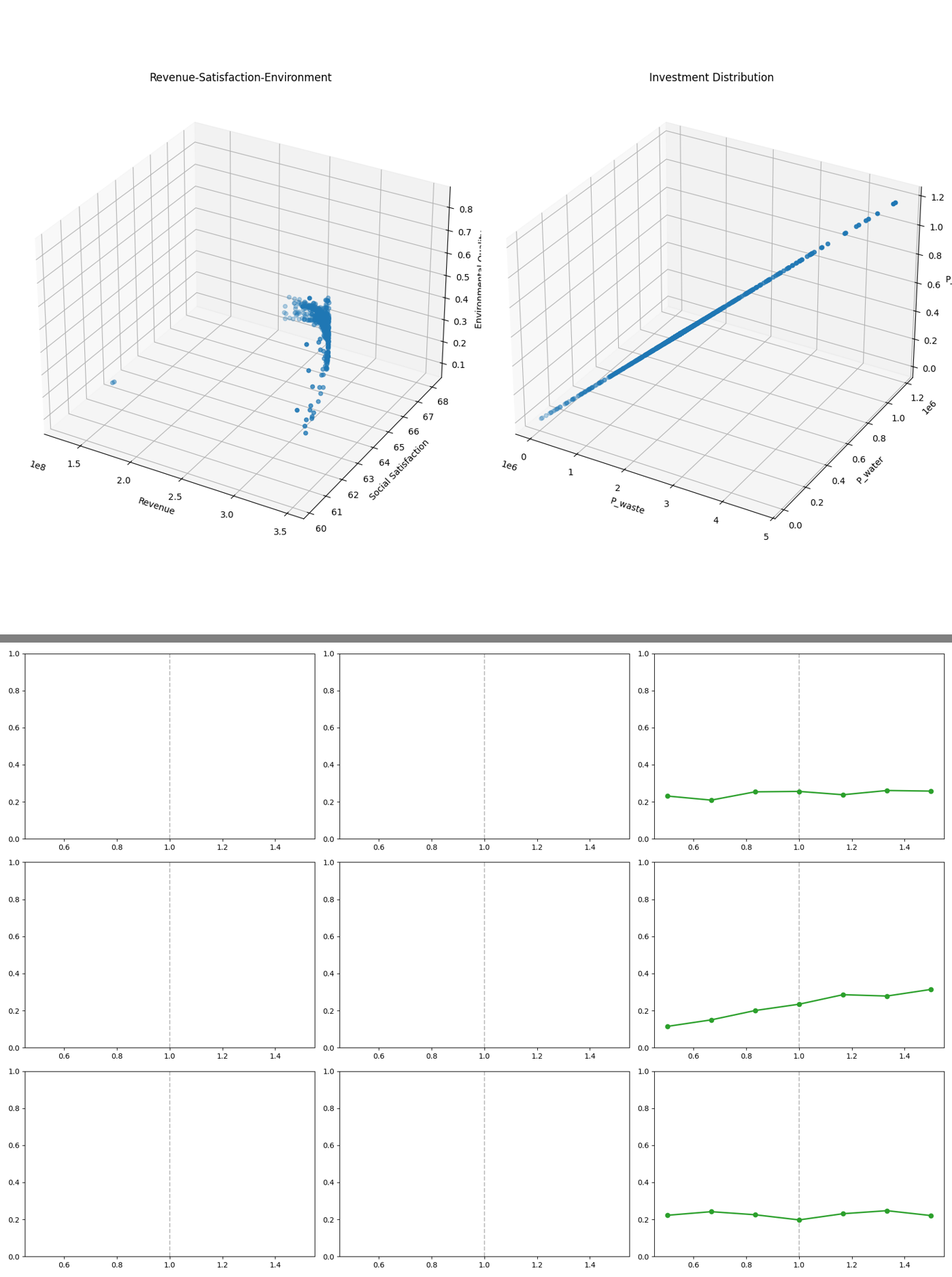
Repository: Kevinye0116/MCM
Script's output: python Coding/trial3s1.py
The author's editor kept a copy of each file at every save. The script's output is drawn from the files as they stood at one save, then again after the next save.
The pictures are shown at 68% of full size.
Each picture stacks the figures in order, with grey between them; figures that are only written to a file come last. Figures wider than 1,400 px are first shrunk to that width. Random numbers start from a fixed seed.

Above is the script's output before, as saved 2025-01-26 09:38:42.

### Coding/trial3s1.py
from typing import List, Tuple

import matplotlib.pyplot as plt
import numpy as np
from mpl_toolkits.mplot3d import Axes3D


class TourismOptimization:
    def __init__(self):
        # 模型系数
        self.k1 = 0.5  # 环保投资效率系数
        self.k2 = 0.3  # 碳排放影响系数
        self.k3 = 0.2  # 自然恢复系数
        self.k4 = 0.15  # 基础设施发展系数
        self.k5 = 0.20  # 废物处理投资系数
        self.k6 = 0.05  # 水资源投资系数
        self.k7 = 0.05  # 环保投资系数

        # 社会满意度参数
        self.a1 = -1.975284171471327e-11  # 游客数量对居民满意度的影响系数
        self.a2 = 4.772497706879391e-05  # 旅游税对游客满意度的影响系数
        self.a3 = 0.015  # 消费水平对游客满意度的影响系数
        self.b1 = 39.266042633247565  # 居民基础满意度
        self.b2 = 60  # 游客基础满意度

        # 约束条件上限
        self.Nt_max = 5000000  # 最大游客数量
        self.tau_max = 7  # 最大旅游税
        self.Pt = 190  # 固定游客消费为常数
        self.Pt_max = 190  # 更新最大游客消费为固定值
        self.CO2_max = 500000  # 最大碳排放量
        self.E = 0  # 最小环境质量指数

        # 其他参数
        self.CO2p = 0.184  # 人均碳排放量

        # 系统动态参数
        self.dt = 0.1  # 时间步长

        # 新增参数
        self.Cwater = 18900000  # 水资源容量
        self.Cwaste = 2549110  # 废物处理容量
        self.a4 = 0.01  # 游客数量对游客满意度的影响系数
        self.b3 = 10  # 废物处理基准增长率

        # 新增影响系数
        self.k8 = 0.1  # 环保投资对碳排放的影响系数
        self.k9 = 0.4  # 废物处理投资对废物处理容量的影响系数
        self.k10 = 0.1  # 水资源投资对水资源容量的影响系数

        # 初始容量
        self.CO2p_initial = 0.184  # 初始人均碳排放量
        self.Cwaste_initial = 2549110  # 初始废物处理容量
        self.Cwater_initial = 18900000  # 初始水资源容量

    def calculate_revenue(self, x: np.ndarray) -> float:
        """计算总收入"""
        Nt, tau_t = x
        return self.Pt * Nt  # 使用固定的Pt值

    def calculate_social_satisfaction(self, x: np.ndarray) -> float:
        """计算社会满意度，确保满意度在0-100范围内"""
        Nt, tau_t = x

        # 居民满意度包含二次项
        S_residents = self.a1 * Nt * Nt + self.a2 * Nt + self.b1
        # 限制居民满意度在0-100范围内
        S_residents = np.clip(S_residents, 0, 100)

        # 游客满意度
        # S_tourists = self.a3 * self.Pt + self.a4 * Nt + self.b2
        # 限制游客满意度在0-100范围内
        # S_tourists = np.clip(S_tourists, 0, 100)

        # 加权平均
        return S_residents

    def calculate_adjusted_capacities(
        self, x: np.ndarray
    ) -> Tuple[float, float, float]:
        """计算投资后的调整容量"""
        P_waste, P_water, P_e = self.calculate_investments(x)

        # 计算调整后的容量
        CO2p_adjusted = self.CO2p_initial - self.k8 * P_e
        Cwaste_adjusted = self.Cwaste_initial - self.k9 * P_waste
        Cwater_adjusted = self.Cwater_initial - self.k10 * P_water

        # 确保容量不会变为负值
        CO2p_adjusted = max(0, CO2p_adjusted)
        Cwaste_adjusted = max(0, Cwaste_adjusted)
        Cwater_adjusted = max(0, Cwater_adjusted)

        return CO2p_adjusted, Cwaste_adjusted, Cwater_adjusted

    def calculate_environmental_quality(self, x: np.ndarray) -> float:
        """计算环境质量指数"""
        Nt, tau_t = x
        CO2p_adj, Cwaste_adj, Cwater_adj = self.calculate_adjusted_capacities(x)

        return (
            self.k1 * CO2p_adj * Nt / self.CO2_max
            + self.k2 * Nt / Cwaste_adj
            + self.k3 * Nt / Cwater_adj
        )

    # def calculate_dCwaste_dt(self, x: np.ndarray) -> float:
    #     """计算废物处理容量的变化率 dCwaste/dt"""
    #     Nt, tau_t = x
    #     Pb = self.k5 * tau_t * Nt  # 基础设施投资
    #     return self.k4 * Pb + self.b3

    def calculate_investments(self, x: np.ndarray) -> Tuple[float, float, float]:
        """计算三种投资金额"""
        Nt, tau_t = x
        Re = self.calculate_revenue(x)  # 总收入
        P_waste = self.k5 * tau_t * Re / 100  # 废物处理投资
        P_water = self.k6 * tau_t * Re / 100  # 水资源投资
        P_e = self.k7 * tau_t * Re / 100  # 环保投资
        return P_waste, P_water, P_e

    def constraints(self, x: np.ndarray) -> List[float]:
        """检查所有约束条件"""
        Nt, tau_t = x
        CO2p_adj, Cwaste_adj, Cwater_adj = self.calculate_adjusted_capacities(x)

        constraints = [
            self.Nt_max - Nt,  # 游客数量上限约束
            self.tau_max - tau_t,  # 旅游税上限约束
            self.CO2_max - Nt * CO2p_adj,  # 使用调整后的碳排放约束
            self.a1 * Nt * Nt + self.a2 * Nt + self.b1 - 60,  # 居民满意度最低要求
            Nt,  # 游客数量非负
            tau_t,  # 旅游税非负
            0.4 - (self.k5 + self.k6 + self.k7),  # 投资系数和的约束
            Cwaste_adj,  # 确保废物处理容量为正
            Cwater_adj,  # 确保水资源容量为正
        ]
        return constraints

    def is_feasible(self, x: np.ndarray) -> bool:
        """检查解是否满足所有约束条件"""
        return all(c >= 0 for c in self.constraints(x))

    def dominates(
        self,
        obj1: Tuple[float, float, float, float, float, float],
        obj2: Tuple[float, float, float, float, float, float],
    ) -> bool:
        """检查obj1是否支配obj2"""
        return (
            all(o1 >= o2 for o1, o2 in zip(obj1[:3], obj2[:3]))
            and all(o1 <= o2 for o1, o2 in zip(obj1[3:], obj2[3:]))
            and (
                any(o1 > o2 for o1, o2 in zip(obj1[:3], obj2[:3]))
                or any(o1 < o2 for o1, o2 in zip(obj1[3:], obj2[3:]))
            )
        )

    def crossover_and_mutate(
        self, parent1: np.ndarray, parent2: np.ndarray
    ) -> np.ndarray:
        """进行交叉和变异操作"""
        # 算术交叉
        alpha = np.random.random()
        child = alpha * parent1 + (1 - alpha) * parent2

        # 变异
        mutation_rate = 0.1
        if np.random.random() < mutation_rate:
            mutation_strength = 0.1
            child += np.random.normal(0, mutation_strength, size=2)

        # 确保在约束范围内
        child[0] = np.clip(child[0], 0, self.Nt_max)
        child[1] = np.clip(child[1], 0, self.tau_max)

        return child

    def pareto_optimization(
        self, population_size: int = 100, generations: int = 50
    ) -> List[np.ndarray]:
        """执行帕累托优化"""
        # 初始化种群
        population = []
        while len(population) < population_size:
            x = np.array(
                [
                    np.random.uniform(0, self.Nt_max),
                    np.random.uniform(0, self.tau_max),
                ]
            )
            if self.is_feasible(x):
                population.append(x)

        pareto_front = []
        for generation in range(generations):
            # 评估当前种群的目标函数值
            objectives = []
            for solution in population:
                if self.is_feasible(solution):
                    obj1 = self.calculate_revenue(solution)
                    obj2 = self.calculate_social_satisfaction(solution)
                    obj3 = self.calculate_environmental_quality(solution)
                    P_waste, P_water, P_e = self.calculate_investments(solution)
                    objectives.append((obj1, obj2, obj3, P_waste, P_water, P_e))
                else:
                    objectives.append(
                        (-np.inf, -np.inf, -np.inf, np.inf, np.inf, np.inf)
                    )

            # 更新帕累托前沿
            for i, solution in enumerate(population):
                if not self.is_feasible(solution):
                    continue
                dominated = False
                for j, other_solution in enumerate(population):
                    if (
                        i != j
                        and self.is_feasible(other_solution)
                        and self.dominates(objectives[j], objectives[i])
                    ):
                        dominated = True
                        break
                if not dominated:
                    pareto_front.append(solution)

            # 生成新种群
            new_population = []
            while len(new_population) < population_size:
                # 锦标赛选择
                tournament = np.random.choice(len(population), 2, replace=False)
                if objectives[tournament[0]][0] > objectives[tournament[1]][0]:
                    parent1 = population[tournament[0]]
                else:
                    parent1 = population[tournament[1]]

                tournament = np.random.choice(len(population), 2, replace=False)
                if objectives[tournament[0]][1] > objectives[tournament[1]][1]:
                    parent2 = population[tournament[0]]
                else:
                    parent2 = population[tournament[1]]

                # 交叉和变异
                child = self.crossover_and_mutate(parent1, parent2)
                if self.is_feasible(child):
                    new_population.append(child)

            population = new_population

        # 移除重复解
        pareto_front = np.unique(pareto_front, axis=0)
        return pareto_front

    def simulate_system(self, x: np.ndarray, time_steps: int = 10) -> List[dict]:
        """模拟系统动态变化"""
        history = []
        current_x = x.copy()

        for t in range(time_steps):
            CO2p_adj, Cwaste_adj, Cwater_adj = self.calculate_adjusted_capacities(
                current_x
            )
            current_E = self.calculate_environmental_quality(current_x)

            state = {
                "t": t * self.dt,
                "Nt": current_x[0],
                "tau_t": current_x[1],
                "Pt": self.Pt,
                "E": current_E,
                "CO2p": CO2p_adj,
                "Cwaste": Cwaste_adj,
                "Cwater": Cwater_adj,
                "Revenue": self.calculate_revenue(current_x),
                "Satisfaction": self.calculate_social_satisfaction(current_x),
            }
            history.append(state)

        return history

    def visualize_pareto_front(self, pareto_front: List[np.ndarray]):
        """可视化帕累托前沿"""
        if len(pareto_front) == 0:
            print("No feasible solutions found!")
            return

        objectives = np.array(
            [
                [
                    self.calculate_revenue(x),
                    self.calculate_social_satisfaction(x),
                    self.calculate_environmental_quality(x),
                    *self.calculate_investments(x),
                ]
                for x in pareto_front
            ]
        )

        # 创建多个子图来显示不同的目标组合
        fig = plt.figure(figsize=(15, 10))

        # 收入-满意度-环境质量
        ax1 = fig.add_subplot(121, projection="3d")
        scatter1 = ax1.scatter(objectives[:, 0], objectives[:, 1], objectives[:, 2])
        ax1.set_xlabel("Revenue")
        ax1.set_ylabel("Social Satisfaction")
        ax1.set_zlabel("Environmental Quality")
        ax1.set_title("Revenue-Satisfaction-Environment")

        # 三种投资的对比
        ax2 = fig.add_subplot(122, projection="3d")
        scatter2 = ax2.scatter(objectives[:, 3], objectives[:, 4], objectives[:, 5])
        ax2.set_xlabel("P_waste")
        ax2.set_ylabel("P_water")
        ax2.set_zlabel("P_e")
        ax2.set_title("Investment Distribution")

        plt.tight_layout()
        plt.show()

    def plot_simulation_results(self, history: List[dict]):
        """绘制模拟结果"""
        t = [state["t"] for state in history]
        Nt = [state["Nt"] for state in history]
        E = [state["E"] for state in history]
        CO2p = [state["CO2p"] for state in history]
        Cwaste = [state["Cwaste"] for state in history]
        Cwater = [state["Cwater"] for state in history]
        Revenue = [state["Revenue"] for state in history]
        Satisfaction = [state["Satisfaction"] for state in history]

        fig, axes = plt.subplots(3, 2, figsize=(15, 15))

        # 游客数量变化
        axes[0, 0].plot(t, Nt)
        axes[0, 0].set_title("Tourist Numbers")
        axes[0, 0].set_xlabel("Time")
        axes[0, 0].set_ylabel("Nt")

        # 环境质量变化
        axes[0, 1].plot(t, E)
        axes[0, 1].set_title("Environmental Quality")
        axes[0, 1].set_xlabel("Time")
        axes[0, 1].set_ylabel("E")

        # 容量变化
        axes[1, 0].plot(t, CO2p, label="CO2p")
        axes[1, 0].plot(t, Cwaste, label="Cwaste")
        axes[1, 0].plot(t, Cwater, label="Cwater")
        axes[1, 0].set_title("Capacity Changes")
        axes[1, 0].set_xlabel("Time")
        axes[1, 0].set_ylabel("Capacity")
        axes[1, 0].legend()

        # 收入和满意度变化
        ax2 = axes[1, 1].twinx()
        (l1,) = axes[1, 1].plot(t, Revenue, "b-", label="Revenue")
        (l2,) = ax2.plot(t, Satisfaction, "r-", label="Satisfaction")
        axes[1, 1].set_xlabel("Time")
        axes[1, 1].set_ylabel("Revenue", color="b")
        ax2.set_ylabel("Satisfaction", color="r")
        axes[1, 1].legend(handles=[l1, l2])

        plt.tight_layout()
        plt.show()

    def sensitivity_analysis(self, parameter_names: List[str], variations: int = 5):
        """执行敏感性分析"""
        fig, axes = plt.subplots(
            len(parameter_names), 3, figsize=(18, len(parameter_names) * 4)
        )
        if len(parameter_names) == 1:
            axes = [axes]  # 确保单参数时的维度一致性

        base_parameters = {name: getattr(self, name) for name in parameter_names}

        for idx, param_name in enumerate(parameter_names):
            original_value = getattr(self, param_name)
            variations_values = np.linspace(
                0.5 * original_value, 1.5 * original_value, variations
            )

            revenues = []
            satisfactions = []
            environments = []

            for val in variations_values:
                setattr(self, param_name, val)
                try:
                    pareto_front = self.pareto_optimization(
                        population_size=50, generations=20
                    )
                    if len(pareto_front) > 0:
                        obj_values = np.array(
                            [
                                [
                                    self.calculate_revenue(x),
                                    self.calculate_social_satisfaction(x),
                                    self.calculate_environmental_quality(x),
                                ]
                                for x in pareto_front
                                if self.is_feasible(x)  # 添加额外可行性检查
                            ]
                        )
                        # 使用中位数代替平均值
                        revenues.append(
                            np.median(obj_values[:, 0])
                            if len(obj_values) > 0
                            else np.nan
                        )
                        satisfactions.append(
                            np.median(obj_values[:, 1])
                            if len(obj_values) > 0
                            else np.nan
                        )
                        environments.append(
                            np.median(obj_values[:, 2])
                            if len(obj_values) > 0
                            else np.nan
                        )
                    else:
                        revenues.append(np.nan)
                        satisfactions.append(np.nan)
                        environments.append(np.nan)
                except Exception as e:
                    print(f"Error analyzing {param_name}={val}: {str(e)}")
                    revenues.append(np.nan)
                    satisfactions.append(np.nan)
                    environments.append(np.nan)
                finally:
                    setattr(self, param_name, original_value)

            # 在绘图部分添加参考线和标准化
            for ax_row in axes[idx]:
                ax_row.axvline(
                    1.0, color="gray", linestyle="--", alpha=0.5
                )  # 添加基准线
                ax_row.set_ylim(0, None)  # 统一y轴起点

            # 添加颜色和样式改进
            colors = ["#1f77b4", "#ff7f0e", "#2ca02c"]  # 使用更清晰的色系
            axes[idx][0].plot(
                variations_values / original_value,
                revenues,
                "o-",
                color=colors[0],
                linewidth=2,
            )
            axes[idx][1].plot(
                variations_values / original_value,
                satisfactions,
                "o-",
                color=colors[1],
                linewidth=2,
            )
            axes[idx][2].plot(
                variations_values / original_value,
                environments,
                "o-",
                color=colors[2],
                linewidth=2,
            )

        plt.tight_layout()
        plt.show()


def main():
    # Set random seed for reproducibility
    np.random.seed(42)

    # Create optimizer instance
    optimizer = TourismOptimization()

    # Execute Pareto optimization
    print("Performing Pareto optimization...")
    pareto_front = optimizer.pareto_optimization(population_size=100, generations=50)

    # Visualize Pareto front
    print(f"Found {len(pareto_front)} Pareto optimal solutions")
    optimizer.visualize_pareto_front(pareto_front)

    # Print all Pareto optimal solutions
    print("\nAll Pareto optimal solutions:")
    for i, solution in enumerate(pareto_front, 1):
        P_waste, P_water, P_e = optimizer.calculate_investments(solution)
        print(f"\nSolution {i}:")
        print(f"Tourist Numbers: {solution[0]:.0f}")
        print(f"Tourism Tax: {solution[1]:.2f}")
        print(f"Tourist Consumption: {optimizer.Pt:.2f}")
        print(f"Expected Revenue: {optimizer.calculate_revenue(solution):.2f}")
        print(
            f"Social Satisfaction: {optimizer.calculate_social_satisfaction(solution):.2f}"
        )
        print(
            f"Environmental Quality: {optimizer.calculate_environmental_quality(solution):.2f}"
        )
        print(f"Waste Treatment Investment: {P_waste:.2f}")
        print(f"Water Resource Investment: {P_water:.2f}")
        print(f"Environmental Investment: {P_e:.2f}")

    # Perform sensitivity analysis
    print("\nPerforming sensitivity analysis...")
    analyzer = TourismOptimization()
    parameters_to_analyze = ["k1", "k2", "k3", "k5", "k6", "k7", "Nt_max", "tau_max"]
    analyzer.sensitivity_analysis(
        parameters_to_analyze[:3], variations=7
    )  # 示例分析前3个参数


if __name__ == "__main__":
    main()

After the next save:
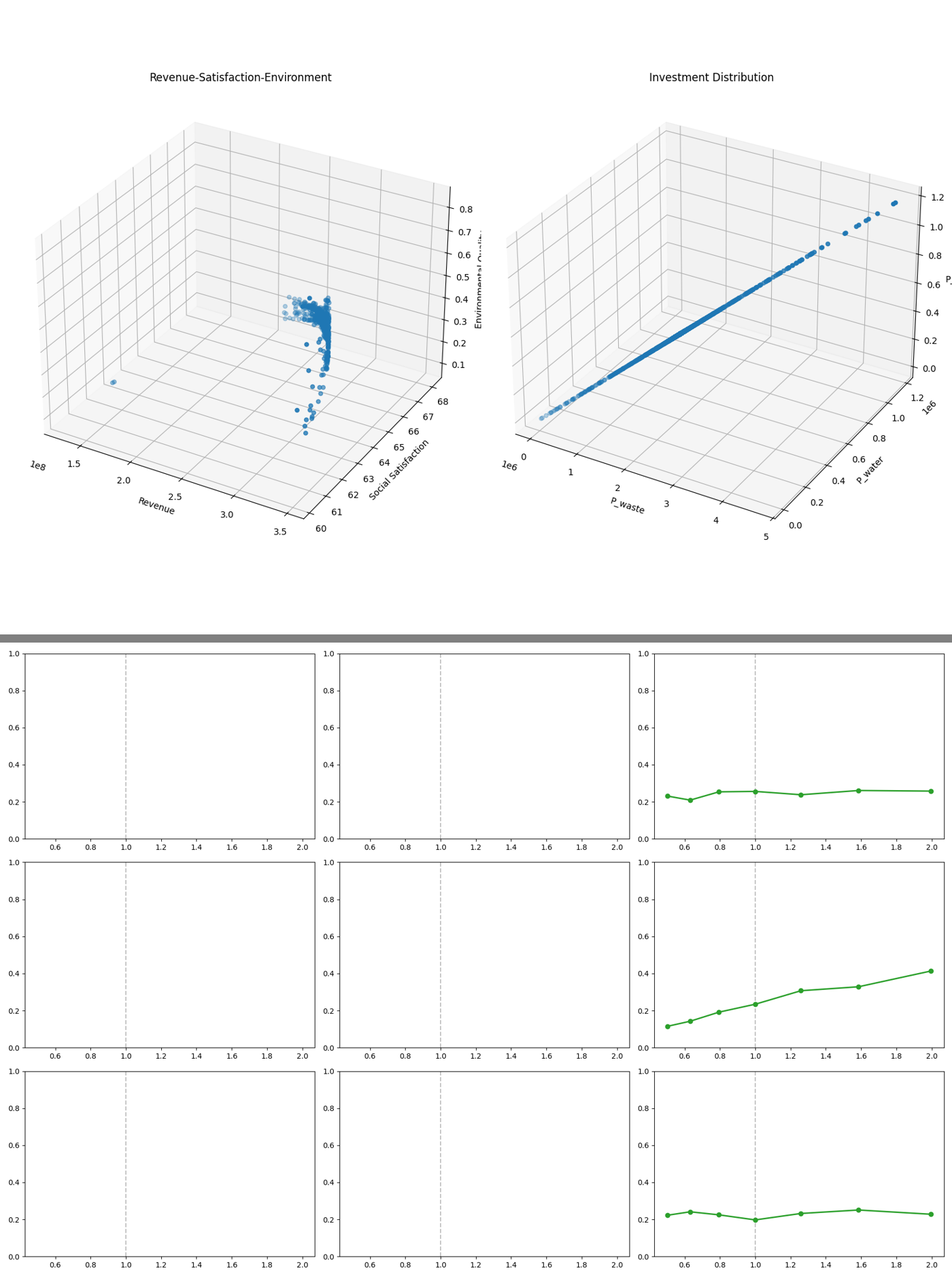
Saved 17 s later.
--- a/Coding/trial3s1.py
+++ b/Coding/trial3s1.py
@@ -376,9 +376,9 @@ class TourismOptimization:
 
         for idx, param_name in enumerate(parameter_names):
             original_value = getattr(self, param_name)
-            variations_values = np.linspace(
-                0.5 * original_value, 1.5 * original_value, variations
-            )
+            variations_values = original_value * np.logspace(
+                -0.3, 0.3, num=variations, base=10
+            )  # 使用对数尺度
 
             revenues = []
             satisfactions = []
